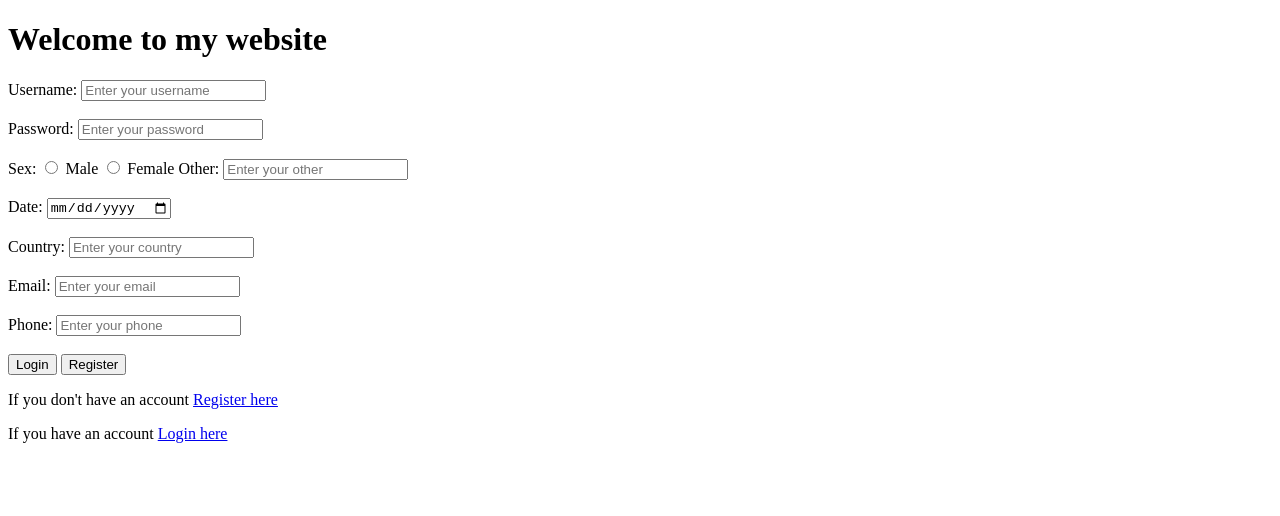
Repository: bao2222/hoc-lam-web
Page: welcome.html
An editor plug-in stored every save of this project. The page is shown before and after the next save, followed by the edit.
The browser window is 1280 px wide. The pictures show the whole page.

Above is the page before, as saved 2024-12-24 19:41:56.

After the next save:
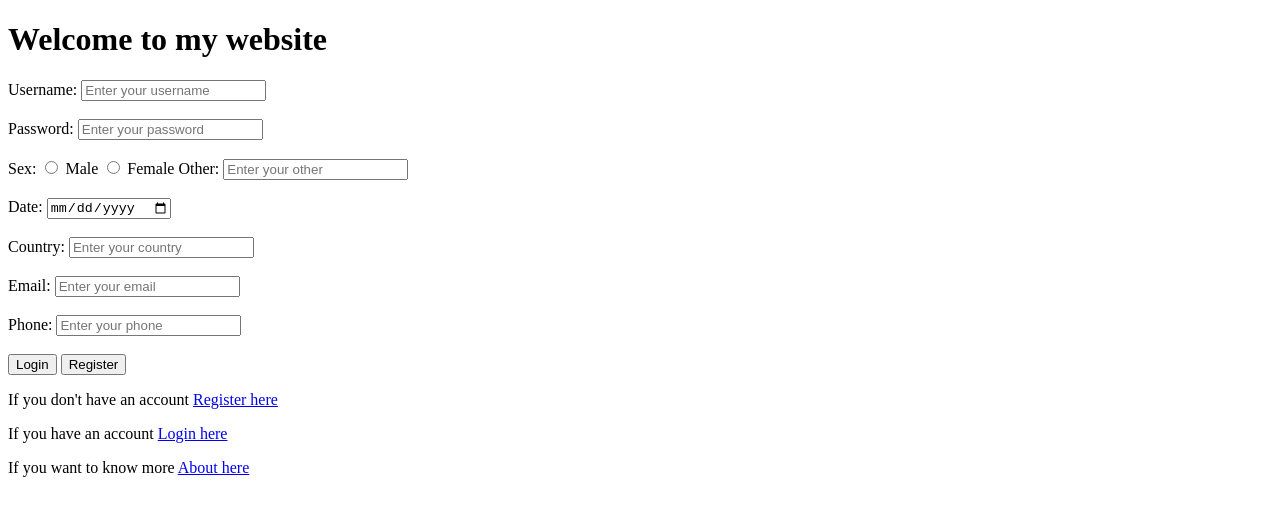
Saved 49 s later.
--- a/welcome.html
+++ b/welcome.html
@@ -50,6 +50,10 @@
                     <p>If you have an account <a href="login.html">Login here</a></p>
                 </div>
 
+                <div>
+                    <p>If you want to know more <a href="about.html">About here</a></p>
+                </div>
+
 
 
 
